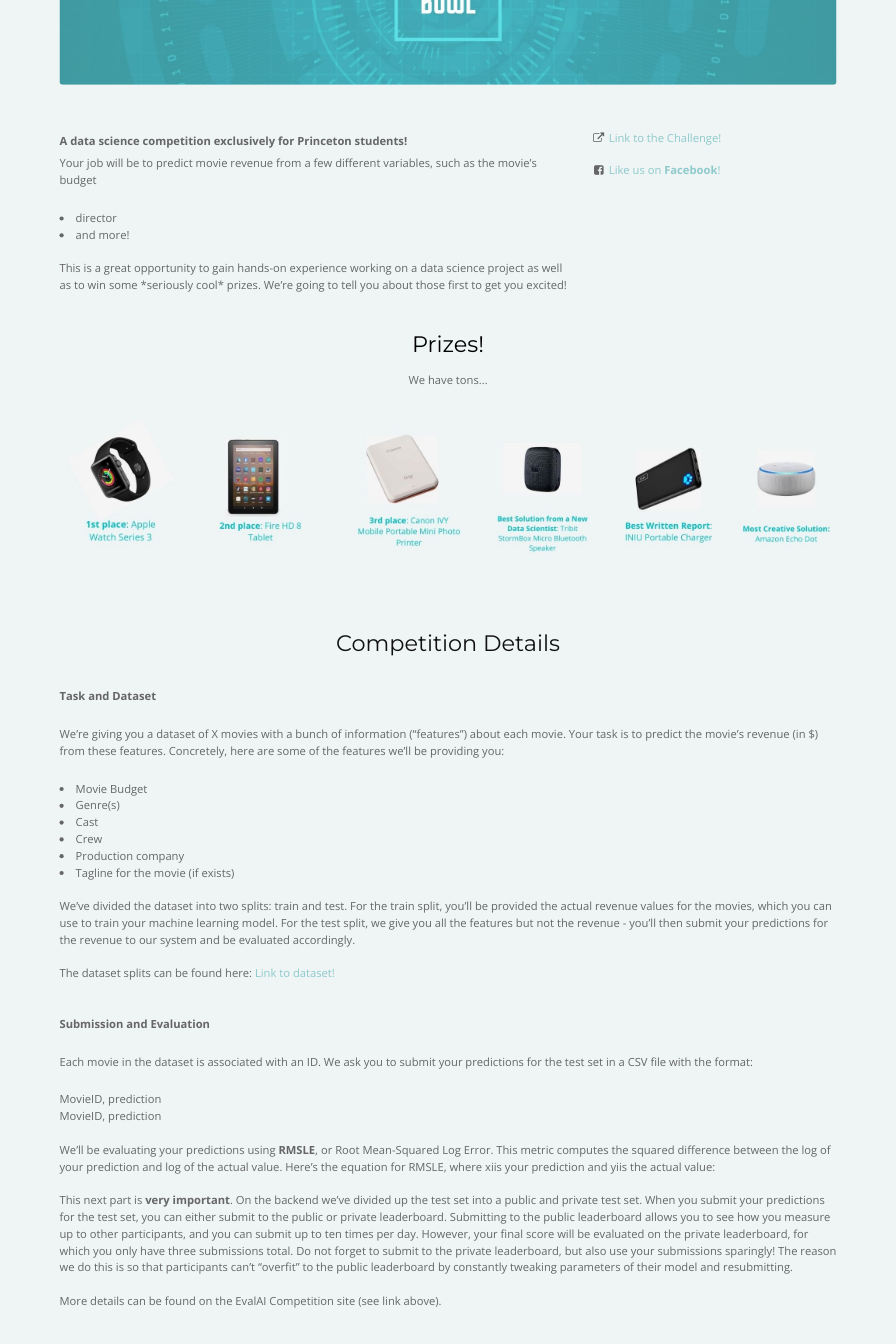
Repository: princetonds/princetonds.github.io
Page: competition.html
An editor plug-in stored every save of this project. The page is shown before and after a run of saves, followed by the edit.
The browser window is 1280 px wide. The pictures show the part of the page from y = 303 to 2223 px (the page is 3513 px tall before and 3441 px after), at 70% of full size.

Above is the page before, as saved 2021-03-21 15:23:23.
Console error: TypeError: Cannot read properties of null (reading 'innerHTML')

### competition.html
<!DOCTYPE html>
<html lang="en">
<head>
  <meta charset="utf-8">
  <title>Princeton Data Science (PDS)</title>
  <meta content="width=device-width, initial-scale=1.0" name="viewport">
  <meta content="" name="keywords">
  <meta content="" name="description">

  <!-- Favicons (created with http://realfavicongenerator.net/)-->
  <link rel="apple-touch-icon" sizes="180x180" href="/img/favicons/apple-touch-icon.png">
  <link rel="icon" type="image/png" href="/img/favicons/favicon-32x32.png" sizes="32x32">
  <link rel="icon" type="image/png" href="/img/favicons/favicon-16x16.png" sizes="16x16">
  <link rel="manifest" href="/img/favicons/manifest.json">
  <link rel="mask-icon" href="/img/favicons/safari-pinned-tab.svg" color="#49acad">
  <link rel="shortcut icon" href="/img/favicons/favicon.ico">
  <meta name="msapplication-config" content="/img/favicons/browserconfig.xml">
  <meta name="theme-color" content="#ffffff">

  <!-- Facebook Graph tags -->
  <meta property="og:url" content="https://princetonds.io" />
  <meta property="og:site_name" content="princetonds.io" />
  <meta property="og:title" content="Princeton Data Science (PDS)" />
  <meta name="og:description" content="Princeton Data Science (PDS) was founded in 2014-2015 to promote the practice and study of data science, a growing field that spans many disciplines such as statistics, machine learning, computer science, and business analytics." />
  <meta property="og:image" content="https://princetonds.io/img/500px_square_logo.png" />

  <!-- Google Fonts -->
  <link href="https://fonts.googleapis.com/css?family=Montserrat:300,400,500,700|Open+Sans:300,400,700" rel="stylesheet">

  <!-- Bootstrap CSS File -->
  <link href="lib/bootstrap/css/bootstrap.min.css" rel="stylesheet">

  <!-- Libraries CSS Files -->
  <link href="lib/animate/animate.min.css" rel="stylesheet">
  <link href="lib/font-awesome/css/font-awesome.min.css" rel="stylesheet">
  <link href="lib/magnific-popup/magnific-popup.css" rel="stylesheet">

  <!-- Main Stylesheet File -->
  <link href="css/style.css" rel="stylesheet">
  <link href="css/new.css" rel="stylesheet">
</head>

<body>

  <!--==========================
    Header
  ============================-->
  <header id="header">
    <div class="container">

      <div id="logo" class="pull-left">
        <h1><a href="#teamintro" class="scrollto"><img class="navbar-logo" src="img/inverted-logo.svg"></a></h1>
     </div>

      <nav id="nav-menu-container">
        <ul class="nav-menu">
          <li class="menu-active"><a href="https://princetonds.io">Programs</a></li>
          <li><a href="team.html">Team</a></li>
          <li><a href="media/sponsorship.pdf">Sponsorship</a></li>
          <li><a href="#contact">Contact Us</a></li>
          <li><a href="#competition.html">Competition</a></li>
        </ul>
      </nav><!-- #nav-menu-container -->
    </div>
  </header><!-- #header -->

  <!--==========================
    Intro Section
  ============================-->

  <!--==========================
    Intro Section
  ============================-->
  <section id="teamintro">
    <!-- <div class="team-intro-text">
      <h3>Our Team</h3>
    </div> -->
  </section>


  <!-- #intro -->


  <main id="main">


    <!--==========================
      Our Team Section
    ============================-->
    <section id="team" class="section-bg">
      <div class="container">
          <!-- <h3 class="section-title">Princeton Data Bowl</h3> -->
              <!-- <p style="text-align:center;">Enter team description here...</p> -->
              <div class="member3">
                <div class="pic"><img src="img/competition/logo.jpg" alt=""></div>
              </div>

          <!-- <span class="section-divider"></span> -->
        </div>
      </div>

    <!--==========================
      Contact Section
    ============================-->
      <div class="container">
        <br>
        <br>
        <div class="row wow fadeInUp">
          <div class="col-lg-8 col-md-6">
            <label style="font-size: 50"><strong>A data science competition exclusively for Princeton students!</strong></label>
            <br>
            <p>
               Your job will be to predict movie revenue from a few different variables, such as the movie’s budget </li>
              <li> director </li>
              <li> and more! </li>
              <br>
              <p>   This is a great opportunity to gain hands-on experience working on a data science project as well as to win some *seriously cool* prizes. We’re going to tell you about those first to get you excited!</p>
          </div>
          <div class="col-lg-4 col-md-6 links">
            <p><i class="fa fa-external-link fa-fw"></i>   <a href="https://eval.ai/web/challenges/challenge-page/871/overview">Link to the Challenge!</a>
            </p>
            <p><i class="fa fa-facebook-square fa-fw"></i> <a href="https://www.facebook.com/princetonds" class="facebook">Like us on <strong>Facebook</strong>!</a></p>
          </div>
        </div>
      </div>


    <div class="container">
      <div class="section-header">
        <!-- <h3 class="section-title">Princeton Data Bowl</h3> -->
            <br>
            <h2 style="text-align:center; color:black">Prizes!</h2>
            <p style="text-align:center;">We have tons...</p>
            <div class="member3">
              <div class="pic"><img src="img/competition/prizes.jpg" alt=""></div>
            </div>

        <!-- <span class="section-divider"></span> -->
      </div>
    </div>

<br>
<br>
    <div class="container">
      <div class="section-header">
        <h3 class="section-title">Competition Details</h3>
            <br>
            <p><strong>Task and Dataset</strong></p>
            <p>
              We’re giving you a dataset of X movies with a bunch of information (“features”) about each movie. Your task is to predict the movie’s revenue (in $) from these features. Concretely, here are some of the features we’ll be providing you:
            </p>
              <li> Movie Budget </li>
              <li> Genre(s) </li>
              <li> Cast </li>
              <li> Crew </li>
              <li> Production company </li>
              <li> Tagline for the movie (if exists)</li>
              <br>
              We’ve divided the dataset into two splits: train and test. For the train split, you’ll be provided the actual revenue values for the movies, which you can use to train your machine learning model. For the test split, we give you all the features but not the revenue - you’ll then submit your predictions for the revenue to our system and be evaluated accordingly.
              <br>
              <br>
              The dataset splits can be found here: <a href="https://github.com/princetonds/PDS-Movie-Competition">Link to dataset!</a>

              <br>
            <br>
        <!-- <span class="section-divider"></span> -->
      </div>
    </div>
    <div class="container">
      <div class="section-header">
            <br>
            <p><strong>Submission and Evaluation</strong></p>
            <p>
              Each movie in the dataset is associated with an ID. We ask you to submit your predictions for the test set in a CSV file with the format:
            </p>
            MovieID, prediction
            <br>
            MovieID, prediction
              <br>
            <br>
            We’ll be evaluating your predictions using <strong>RMSLE</strong>, or Root Mean-Squared Log Error. This metric computes the squared difference between the log of your prediction and log of the actual value. Here’s the equation for RMSLE, where xiis your prediction and yiis the actual value:
            <br>
            <br>
            This next part is <strong>very important</strong>. On the backend we’ve divided up the test set into a public and private test set. When you submit your predictions for the test set, you can either submit to the public or private leaderboard. Submitting to the public leaderboard allows you to see how you measure up to other participants, and you can submit up to ten times per day. However, your final score will be evaluated on the private leaderboard, for which you only have three submissions total. Do not forget to submit to the private leaderboard, but also use your submissions sparingly! The reason we do this is so that participants can’t “overfit” to the public leaderboard by constantly tweaking parameters of their model and resubmitting.
            <br>
            <br>
            More details can be found on the EvalAI Competition site (see link above).
            <br>
            <!-- <span class="section-divider"></span> -->
      </div>
    </div>
    <br>
    <div class="container">
      <div class="section-header">
            <br>
            <p><strong>Team:</strong></p>
            <div class="row wow fadeInUp">
              <div class="col-lg-3 col-md-3">
                <h2 style="text-align:center; color:black"></h2>
                <!-- <p style="text-align:center;">Enter team description here...</p> -->
                <div class="member2">
                  <div class="pic"><img src="img/team/joyce.jpg" alt=""></div>
                  <h4>Joyce Luo</h4>
                  <!-- <div class="social">
                    <p class="profile-description">.</p>
                  </div> -->
                </div>

                <div class="member2">
                  <div class="pic"><img src="img/team/ellie.jpg" alt=""></div>
                  <h4>Ellie Bae</h4>
                  <!-- <div class="social">
                    <p class="profile-description">.</p>
                  </div> -->
                </div>


              </div>
              <div class="col-lg-3 col-md-3">
                <h2 style="text-align:center; color: Black"></h2>
                <!-- <p style="text-align:center;">Enter team description here...</p> -->
                <div class="member2">
                  <div class="pic"><img src="img/team/kevin.jpg" alt=""></div>
                  <h4>Kevin Huang</h4>
                  <!-- <div class="social">
                    <p class="profile-description">.</p>
                  </div> -->
                </div>

                <div class="member2">
                  <div class="pic"><img src="img/team/nab.jpg" alt=""></div>
                  <h4>Nabhonil Kar</h4>
                  <!-- <div class="social">
                    <p class="profile-description">.</p>
                  </div> -->
                </div>




              </div>
              <div class="col-lg-3 col-md-3">
                <h2 style="text-align:center; color: Black"></h2>
                <!-- <p style="text-align:center;">Enter team description here...</p> -->
                <div class="member2">
                  <div class="pic"><img src="img/team/sahil.jpg" alt=""></div>
                  <h4>Sahil Jain</h4>
                  <!-- <div class="social">
                    <p class="profile-description">.</p>
                  </div> -->
                </div>

                <div class="member2">
                  <div class="pic"><img src="img/team/neil.jpg" alt=""></div>
                  <h4>Neil Hazra</h4>
                  <!-- <div class="social">
                    <p class="profile-description">.</p>
                  </div> -->
                </div>


              </div>
              <div class="col-lg-3 col-md-3">
                <h2 style="text-align:center; color: Black"></h2>
                <!-- <p style="text-align:center;">Enter team description here...</p> -->
                <div class="member2">
                  <div class="pic"><img src="img/team/sahila.jpg" alt=""></div>
                  <h4>Sahil Ambardekar</h4>
                  <!-- <div class="social">
                    <p class="profile-description">.</p>
                  </div> -->
                </div>

                <div class="member2">
                  <div class="pic"><img src="img/team/arjun.jpg" alt=""></div>
                  <h4>Arjun Mani</h4>
                  <!-- <div class="social">
                    <p class="profile-description">.</p>
                  </div> -->
                </div>


              </div>


      </div>
    </div>


<br>
<br>


    <section id="sponsors">
      <div class="container">
        <h3 class="text-center sponsor-title">
          Our generous sponsor:
        </h3>
          <div class="text-center">
            <img src="img/sponsors/csml.jpg" alt="">
          </div>
        </div>
      </div>
    </section><!-- #more-features -->



    </section><!-- #team -->

    <!--==========================
      Contact Section
    ============================-->
    <section id="contact">
      <div class="container">
        <div class="row wow fadeInUp">
          <div class="contact-about">
            <div class="col-lg-12 col-md-12">
              <h3>Contact Us</h3>
            </div>
          </div>
        </div>

        <div class="row wow fadeInUp">
          <div class="col-lg-8 col-md-6">
            <p>Please do note that Princeton Data Science is a student organization and not a university department. Consequently, we do not sponsor PhD or Masters students.</p>
          </div>
          <div class="col-lg-4 col-md-6 links">
            <p><i class="fa fa-envelope fa-fw"></i> hello [at] princetonds.io</p>
            <p><i class="fa fa-facebook-square fa-fw"></i> <a href="https://www.facebook.com/princetonds" class="facebook">Like us on <strong>Facebook</strong>!</a></p>
          </div>
        </div>
      </div>
    </section><!-- #contact -->

  </main>

  <!--==========================
    Footer
  ============================-->
  <footer id="footer">
    <div class="container">
      <div class="row">
        <div class="col-lg-6 text-lg-left text-center">
          <div class="copyright">
            &copy; Copyright <strong>Princeton Data Science</strong>. Made by <a href="https://jisungkim.com">Ji-Sung Kim</a>.
          </div>
          <div class="credits">
          </div>
        </div>
        <div class="col-lg-6">
          <nav class="footer-links text-lg-right text-center pt-2 pt-lg-0">
            <a href="#programs" class="scrollto">Programs</a>
            <a href="#team" class="scrollto">Team</a>
            <a href="media/sponsorship.pdf">Sponsorship</a>
          </nav>
        </div>
      </div>
    </div>
  </footer><!-- #footer -->

  <a href="#" class="back-to-top"><i class="fa fa-chevron-up"></i></a>

  <!-- JavaScript Libraries -->
  <script src="lib/jquery/jquery.min.js"></script>
  <script src="lib/jquery/jquery-migrate.min.js"></script>
  <script src="lib/bootstrap/js/bootstrap.bundle.min.js"></script>
  <script src="lib/easing/easing.min.js"></script>
  <script src="lib/wow/wow.min.js"></script>
  <script src="lib/superfish/hoverIntent.js"></script>
  <script src="lib/superfish/superfish.min.js"></script>
  <script src="lib/magnific-popup/magnific-popup.min.js"></script>

  <!-- Template Main Javascript File -->
  <script src="js/main.js"></script>
  <script src="js/typewriter.js"></script>

</body>
</html>

### css/new.css
.program {
    padding: 40px;
}

.program h3 {
    color: black;
    font-weight: 700;
    font-family: "Open Sans";
}

.section {
    padding-top: 100px;
}


#programs {
    padding: 60px 0;
}

#clients {
    padding: 60px 0;
}

.sponsor-title {
    padding-bottom: 15px;
}

.profile-description {
    font-size: 14px;
}

.arjun {
    font-size: 15px !important;
    line-height: 22px;
}

.links p {
    line-height: 12px;
}

.presidents {
    color: #999999;
    font-size: 16px;
}

Loaded but not shown: lib/bootstrap/css/bootstrap.min.css (library); lib/animate/animate.min.css (library); lib/font-awesome/css/font-awesome.min.css (library); lib/magnific-popup/magnific-popup.css (library); lib/jquery/jquery.min.js (library); lib/jquery/jquery-migrate.min.js (library); lib/bootstrap/js/bootstrap.bundle.min.js (library); lib/easing/easing.min.js (common file); lib/wow/wow.min.js (library); lib/superfish/hoverIntent.js (library); lib/superfish/superfish.min.js (library); lib/magnific-popup/magnific-popup.min.js (library); js/main.js (125 lines, source omitted); js/typewriter.js (28 lines, source omitted); css/style.css (1350 lines, source omitted)

After the next 3 saves:
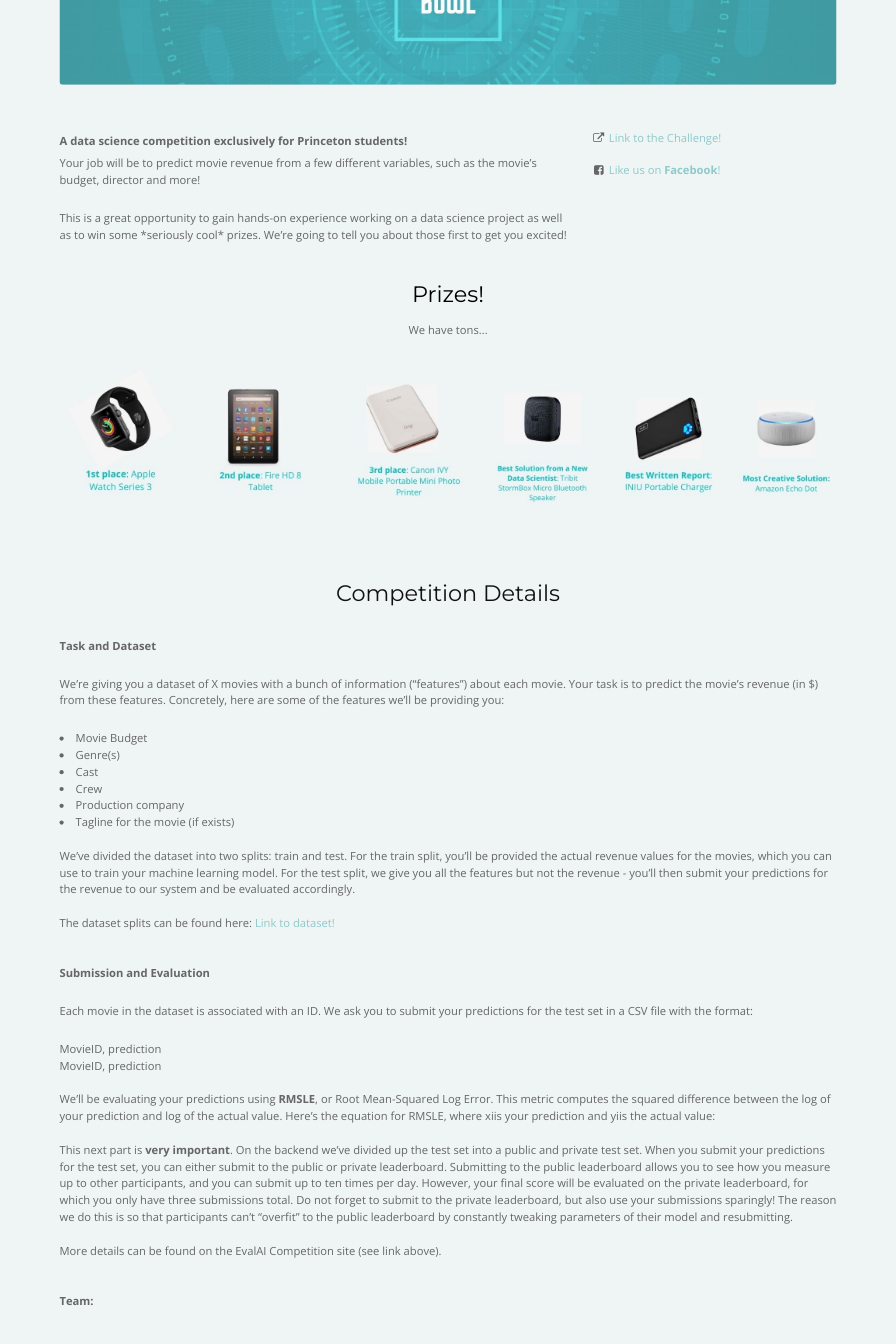
The 3 saves are shown as one change because they came seconds apart.
The last was saved 11 s later.
--- a/competition.html
+++ b/competition.html
@@ -110,9 +110,8 @@
             <label style="font-size: 50"><strong>A data science competition exclusively for Princeton students!</strong></label>
             <br>
             <p>
-               Your job will be to predict movie revenue from a few different variables, such as the movie’s budget </li>
-              <li> director </li>
-              <li> and more! </li>
+               Your job will be to predict movie revenue from a few different variables, such as the movie’s budget, director </li>
+              and more!
               <br>
               <p>   This is a great opportunity to gain hands-on experience working on a data science project as well as to win some *seriously cool* prizes. We’re going to tell you about those first to get you excited!</p>
           </div>
